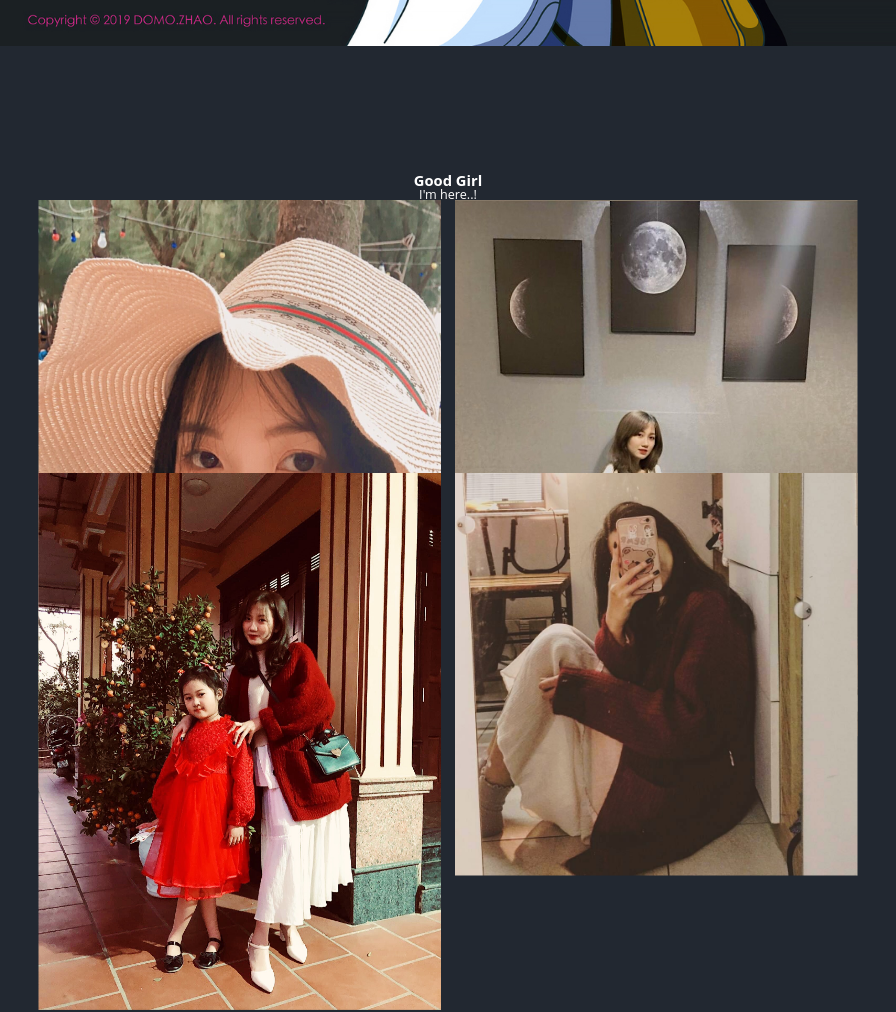
Repository: Datt21/p-happyB
Page: index.html
These files come from the project's save history. The page is drawn as it stood at one moment and after the next save; the edit follows.
The browser window is 1280 px wide. The pictures show the part of the page from y = 894 to 2814 px (the page is 2340 px tall before and 2840 px after), at 70% of full size.
Some icons come from a web library that is not loaded, so they are not drawn.

Above is the page before, as saved 2021-08-31 05:24:54.

After the next save:
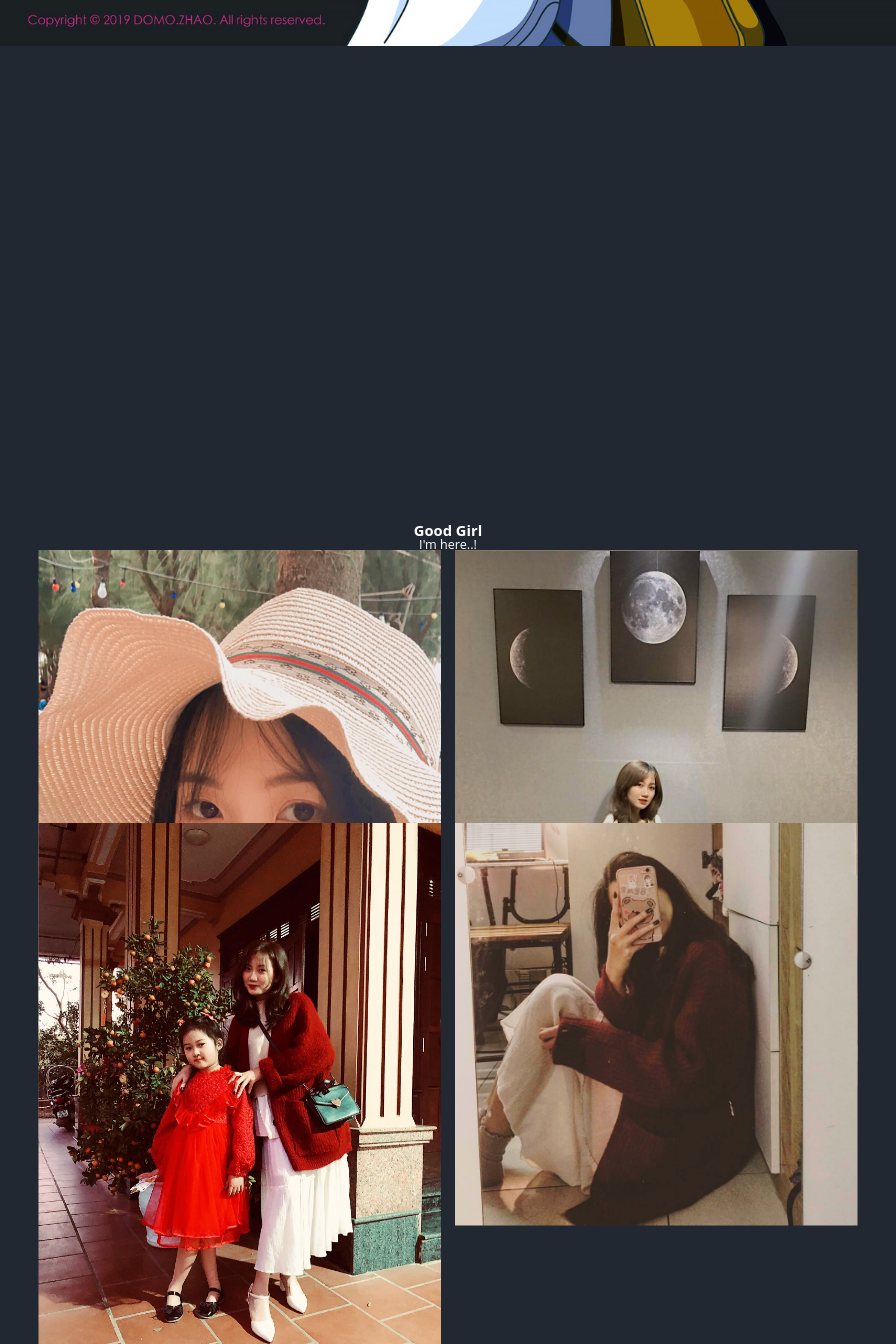
Saved 9 s later.
--- a/app.css
+++ b/app.css
@@ -96,7 +96,7 @@ main {
 }
 
 .about {
-    padding-top: 1000px;
+    padding-top: 1500px;
     padding-bottom: 200px;
 }
 .you-header {
